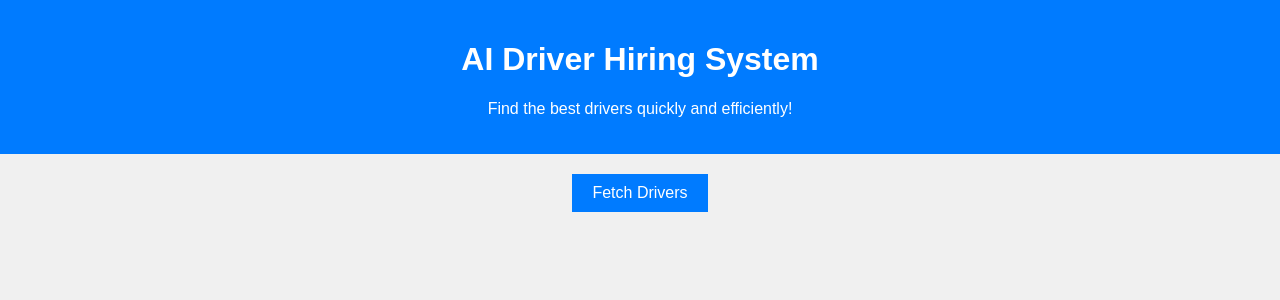
Repository: Wuda2000/AI-powered-Driver-hiring-system
Page: templates/index.html
An editor plug-in stored every save of this project. The page is shown before and after the next save, followed by the edit.
The browser window is 1280 px wide. The pictures show the whole page.

Above is the page before, as saved 2024-12-24 16:10:12.

### templates/index.html
<!DOCTYPE html>
<html lang="en">
<head>
    <meta charset="UTF-8">
    <meta name="viewport" content="width=device-width, initial-scale=1.0">
    <title>AI Driver Hiring System</title>
    <link rel="stylesheet" href="/static/styles.css">
</head>
<body>
    <header>
        <h1>AI Driver Hiring System</h1>
        <p>Find the best drivers quickly and efficiently!</p>
    </header>
    <main>
        <button id="fetchDriversBtn">Fetch Drivers</button>
        <div id="driverList"></div>
    </main>
    <script src="/static/script.js"></script>
</body>
</html>

### static/styles.css
body {
    font-family: Arial, sans-serif;
    margin: 0;
    padding: 0;
    background-color: #f0f0f0;
    color: #333;
}

header {
    text-align: center;
    padding: 20px;
    background-color: #007bff;
    color: white;
}

main {
    padding: 20px;
    text-align: center;
}

button {
    padding: 10px 20px;
    font-size: 16px;
    background-color: #007bff;
    color: white;
    border: none;
    cursor: pointer;
}

button:hover {
    background-color: #0056b3;
}

#driverList {
    margin-top: 20px;
    text-align: left;
}

### static/script.js
document.getElementById('fetchDriversBtn').addEventListener('click', () => {
    fetch('/api/drivers')
        .then(response => response.json())
        .then(data => {
            const driverList = document.getElementById('driverList');
            driverList.innerHTML = '';

            data.forEach(driver => {
                const driverItem = document.createElement('div');
                driverItem.innerText = `${driver.name} - ${driver.experience} years of experience`;
                driverList.appendChild(driverItem);
            });
        })
        .catch(err => console.error('Error fetching drivers:', err));
});

After the next save:
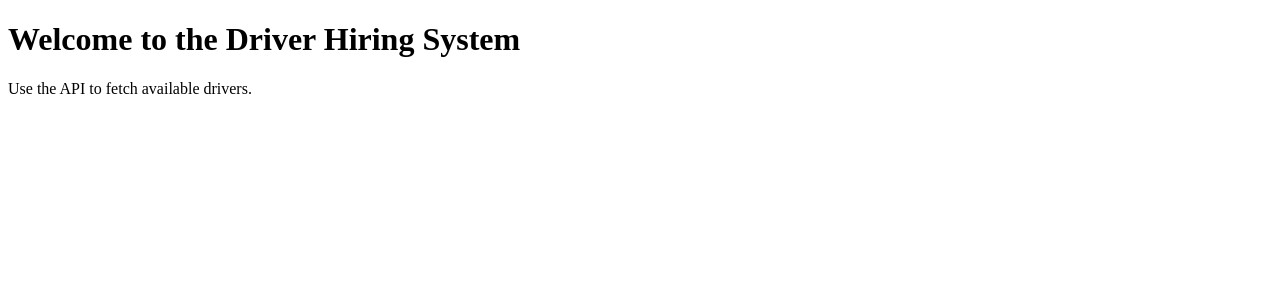
Saved 1 s later.
--- a/templates/index.html
+++ b/templates/index.html
@@ -3,18 +3,10 @@
 <head>
     <meta charset="UTF-8">
     <meta name="viewport" content="width=device-width, initial-scale=1.0">
-    <title>AI Driver Hiring System</title>
-    <link rel="stylesheet" href="/static/styles.css">
+    <title>Driver Hiring</title>
 </head>
 <body>
-    <header>
-        <h1>AI Driver Hiring System</h1>
-        <p>Find the best drivers quickly and efficiently!</p>
-    </header>
-    <main>
-        <button id="fetchDriversBtn">Fetch Drivers</button>
-        <div id="driverList"></div>
-    </main>
-    <script src="/static/script.js"></script>
+    <h1>Welcome to the Driver Hiring System</h1>
+    <p>Use the API to fetch available drivers.</p>
 </body>
 </html>
